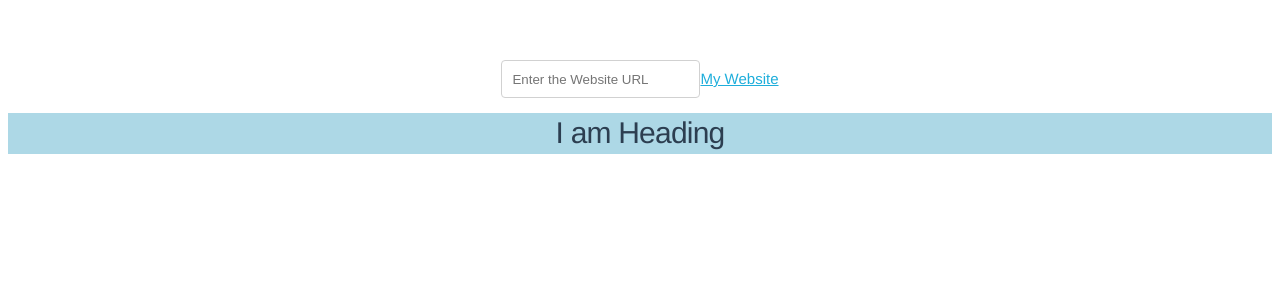
Repository: chsvk/Vue-JS-Course
Page: /
These files come from the project's save history. The page is drawn as it stood at one moment and after the next save; the edit follows.
The browser window is 1280 px wide. The pictures show the whole page.
The project was rebuilt for these pictures with package versions that can differ from the ones it lists, and the page was loaded fresh each time. Also part of the build but not shown: src/components/HelloWorld.vue.

Above is the page before, as saved 2019-03-11 18:54:27.

After the next save:
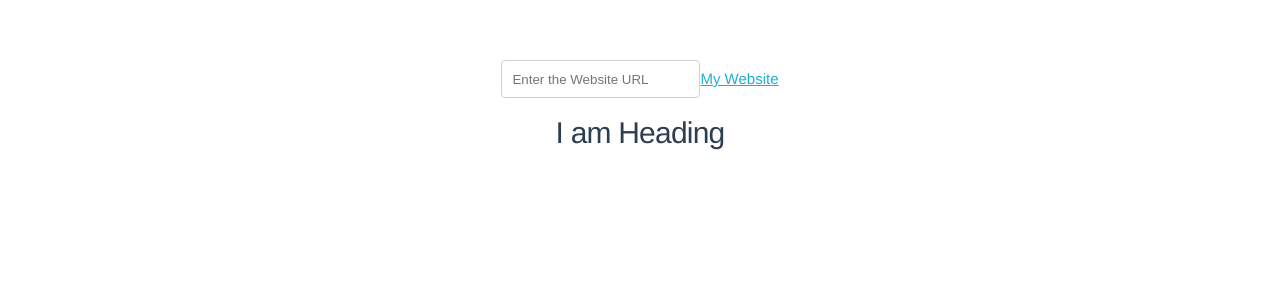
Saved 7 s later.
--- a/src/App.vue
+++ b/src/App.vue
@@ -59,7 +59,7 @@ export default {
   data(){
     return{
       websiteLink: "",
-      activeBackground: true
+      activeBackground: false
     }
   }
 }
